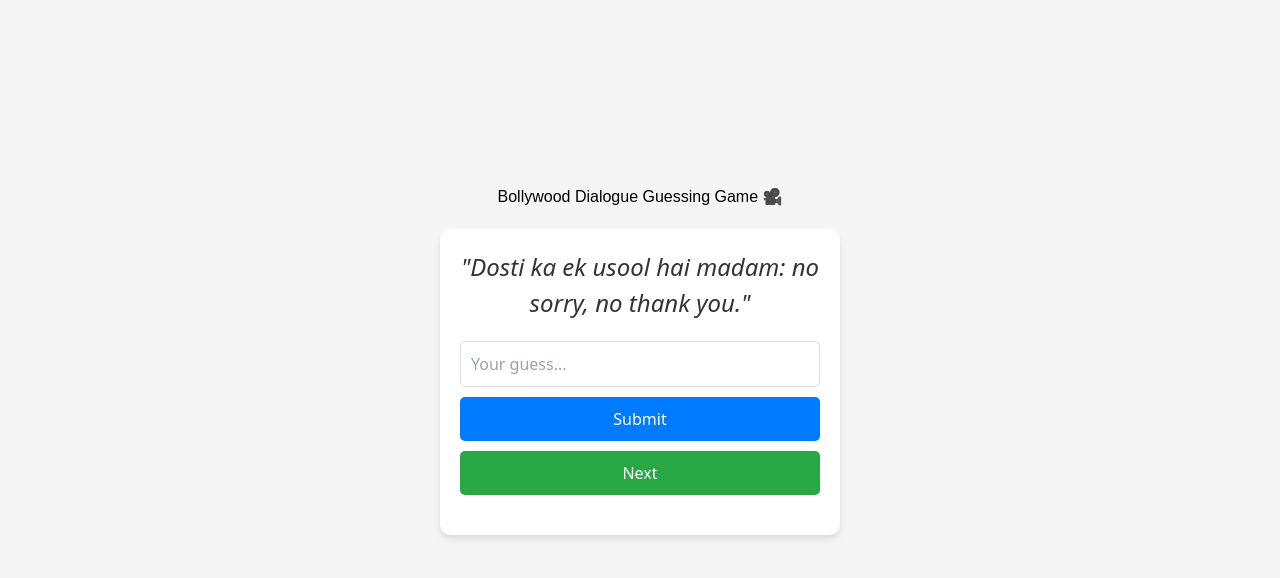
Repository: Shruti0534/movie-guess
Page: /
An editor plug-in stored every save of this project. The page is shown before and after the next save, followed by the edit.
The browser window is 1280 px wide. The pictures show the whole page.
The project was rebuilt for these pictures with package versions that can differ from the ones it lists, and the page was loaded fresh each time. The framework's server and built-in components were replaced by stand-ins that run in the browser. Also part of the build but not shown: next.config.mjs.

Above is the page before, as saved 2024-12-13 01:04:05.

### app/page.js
'use client'

import { useState } from "react";
import dialogues from "../lib/data";

export default function Game() {
    const [currentDialogue, setCurrentDialogue] = useState(
        dialogues[Math.floor(Math.random() * dialogues.length)]
    );
    const [guess, setGuess] = useState("");
    const [feedback, setFeedback] = useState("");

    const checkGuess = () => {
        if (guess.toLowerCase() === currentDialogue.movie.toLowerCase()) {
            setFeedback("Correct! 🎉");
        } else {
            setFeedback("Wrong! Try again! ❌");
        }
    };

    const nextDialogue = () => {
        setCurrentDialogue(
            dialogues[Math.floor(Math.random() * dialogues.length)]
        );
        setGuess("");
        setFeedback("");
    };

    return (
        <div style={{ display: "flex", justifyContent: "center", alignItems: "center", flexDirection: "column", minHeight: "100vh", backgroundColor: "#f5f5f5", padding: "20px" }}>
            <h1 style={{ fontFamily: "Arial, sans-serif", marginBottom: "20px" }}>Bollywood Dialogue Guessing Game 🎥</h1>
            <div style={{ maxWidth: "400px", background: "#fff", borderRadius: "10px", boxShadow: "0 4px 6px rgba(0, 0, 0, 0.1)", padding: "20px", textAlign: "center" }}>
                <p style={{ fontSize: "1.5rem", fontStyle: "italic", color: "#333", marginBottom: "20px" }}>
                    "{currentDialogue.dialogue}"
                </p>
                <input
                    type="text"
                    placeholder="Your guess..."
                    value={guess}
                    onChange={(e) => setGuess(e.target.value)}
                    style={{ width: "100%", padding: "10px", fontSize: "1rem", borderRadius: "5px", border: "1px solid #ddd", marginBottom: "10px" }}
                />
                <button
                    onClick={checkGuess}
                    style={{ width: "100%", padding: "10px", fontSize: "1rem", borderRadius: "5px", border: "none", backgroundColor: "#007bff", color: "#fff", cursor: "pointer", marginBottom: "10px" }}
                >
                    Submit
                </button>
                <button
                    onClick={nextDialogue}
                    style={{ width: "100%", padding: "10px", fontSize: "1rem", borderRadius: "5px", border: "none", backgroundColor: "#28a745", color: "#fff", cursor: "pointer" }}
                >
                    Next
                </button>
                <p style={{ marginTop: "20px", fontWeight: "bold", color: feedback.includes("Correct") ? "green" : "red" }}>
                    {feedback}
                </p>
            </div>
        </div>
    );
}

### lib/data.js
const dialogues = [
    { dialogue: "Mogambo khush hua!", movie: "Mr. India" },
    { dialogue: "Kitne aadmi the?", movie: "Sholay" },
    { dialogue: "Basanti, in kutto ke samne mat nachna.", movie: "Sholay" },
    { dialogue: "Don ka intezaar toh gyarah mulkon ki police kar rahi hai.", movie: "Don" },
    { dialogue: "Dosti ka ek usool hai madam: no sorry, no thank you.", movie: "Maine Pyar Kiya" },
];

export default dialogues;

### tailwind.config.mjs
module.exports = {
  content: [
      "./pages/**/*.{js,ts,jsx,tsx}",
      "./components/**/*.{js,ts,jsx,tsx}",
  ],
  theme: {
      extend: {},
  },
  plugins: [],
};

Loaded but not shown: app/layout.js (common file); app/globals.css (common file)

After the next save:
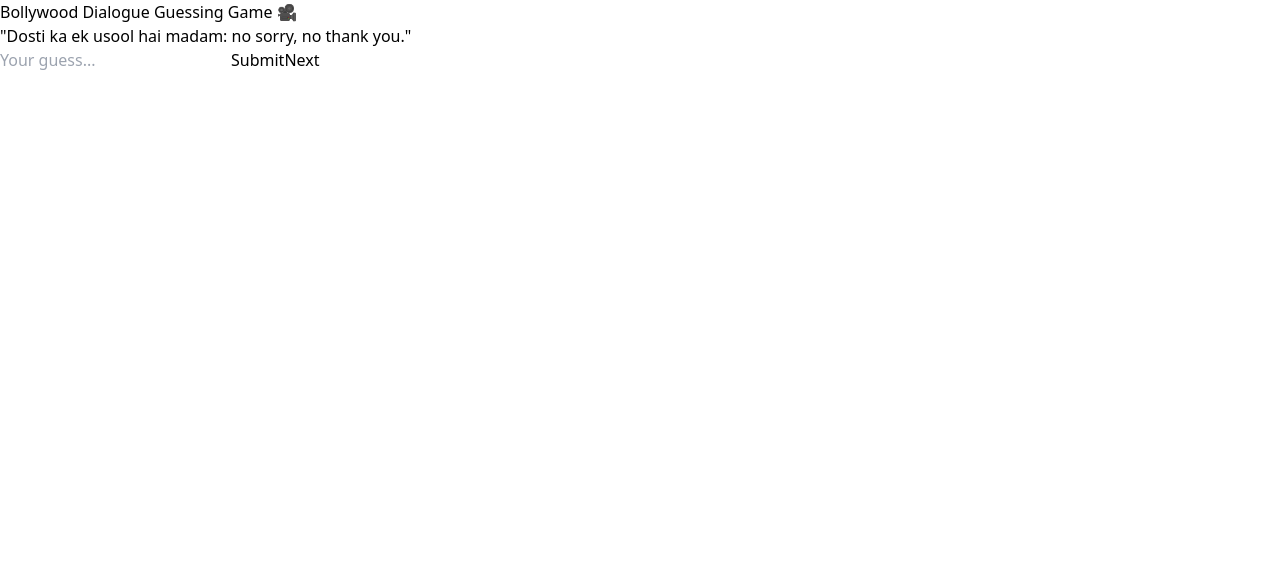
Saved 38 s later.
--- a/app/page.js
+++ b/app/page.js
@@ -27,10 +27,10 @@
     };
 
     return (
-        <div style={{ display: "flex", justifyContent: "center", alignItems: "center", flexDirection: "column", minHeight: "100vh", backgroundColor: "#f5f5f5", padding: "20px" }}>
-            <h1 style={{ fontFamily: "Arial, sans-serif", marginBottom: "20px" }}>Bollywood Dialogue Guessing Game 🎥</h1>
-            <div style={{ maxWidth: "400px", background: "#fff", borderRadius: "10px", boxShadow: "0 4px 6px rgba(0, 0, 0, 0.1)", padding: "20px", textAlign: "center" }}>
-                <p style={{ fontSize: "1.5rem", fontStyle: "italic", color: "#333", marginBottom: "20px" }}>
+        <div className="flex flex-col items-center justify-center min-h-screen bg-gradient-to-b from-blue-50 to-blue-100">
+            <h1 className="text-3xl font-bold text-blue-800 mb-8">Bollywood Dialogue Guessing Game 🎥</h1>
+            <div className="w-full max-w-md bg-white rounded-lg shadow-lg p-6">
+                <p className="text-xl italic font-medium text-gray-800 mb-6">
                     "{currentDialogue.dialogue}"
                 </p>
                 <input
@@ -38,23 +38,31 @@
                     placeholder="Your guess..."
                     value={guess}
                     onChange={(e) => setGuess(e.target.value)}
-                    style={{ width: "100%", padding: "10px", fontSize: "1rem", borderRadius: "5px", border: "1px solid #ddd", marginBottom: "10px" }}
+                    className="w-full px-4 py-2 mb-4 text-gray-700 border rounded-lg focus:outline-none focus:ring-2 focus:ring-blue-400"
                 />
                 <button
                     onClick={checkGuess}
-                    style={{ width: "100%", padding: "10px", fontSize: "1rem", borderRadius: "5px", border: "none", backgroundColor: "#007bff", color: "#fff", cursor: "pointer", marginBottom: "10px" }}
+                    className="w-full px-4 py-2 mb-2 text-white bg-blue-500 rounded-lg hover:bg-blue-600 focus:outline-none"
                 >
                     Submit
                 </button>
                 <button
                     onClick={nextDialogue}
-                    style={{ width: "100%", padding: "10px", fontSize: "1rem", borderRadius: "5px", border: "none", backgroundColor: "#28a745", color: "#fff", cursor: "pointer" }}
+                    className="w-full px-4 py-2 text-white bg-green-500 rounded-lg hover:bg-green-600 focus:outline-none"
                 >
                     Next
                 </button>
-                <p style={{ marginTop: "20px", fontWeight: "bold", color: feedback.includes("Correct") ? "green" : "red" }}>
-                    {feedback}
-                </p>
+                {feedback && (
+                    <p
+                        className={`mt-4 font-semibold ${
+                            feedback.includes("Correct")
+                                ? "text-green-600"
+                                : "text-red-600"
+                        }`}
+                    >
+                        {feedback}
+                    </p>
+                )}
             </div>
         </div>
     );
